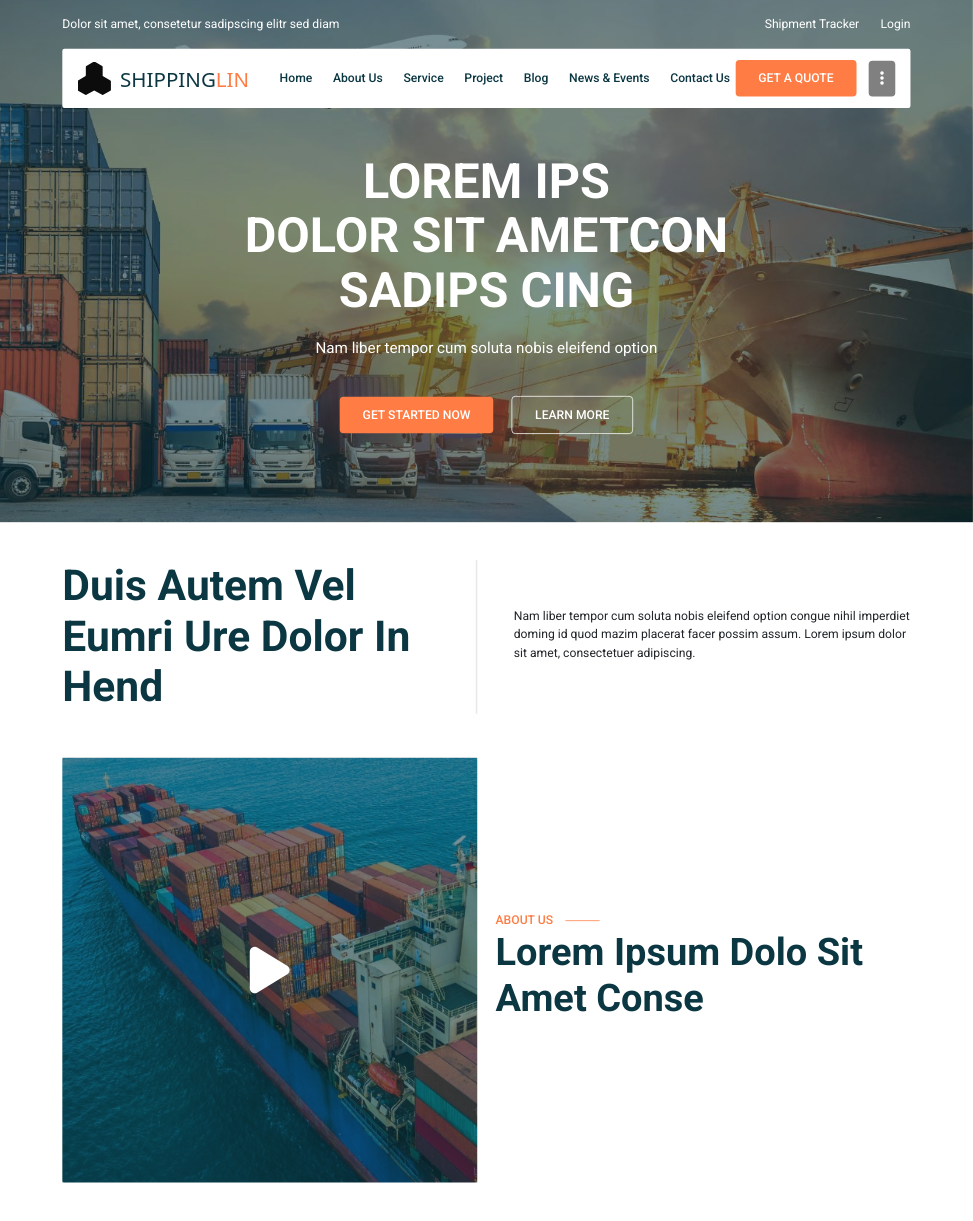
Repository: nazmulalok/shipping-template
Page: index.html
The author's editor kept a copy of each file at every save. The page is drawn from the files as they stood at one save, then again after the next save.
The browser window is 1280 px wide. The pictures show the whole page, at 76% of full size.

Above is the page before, as saved 2022-10-03 23:13:55.

After the next save:
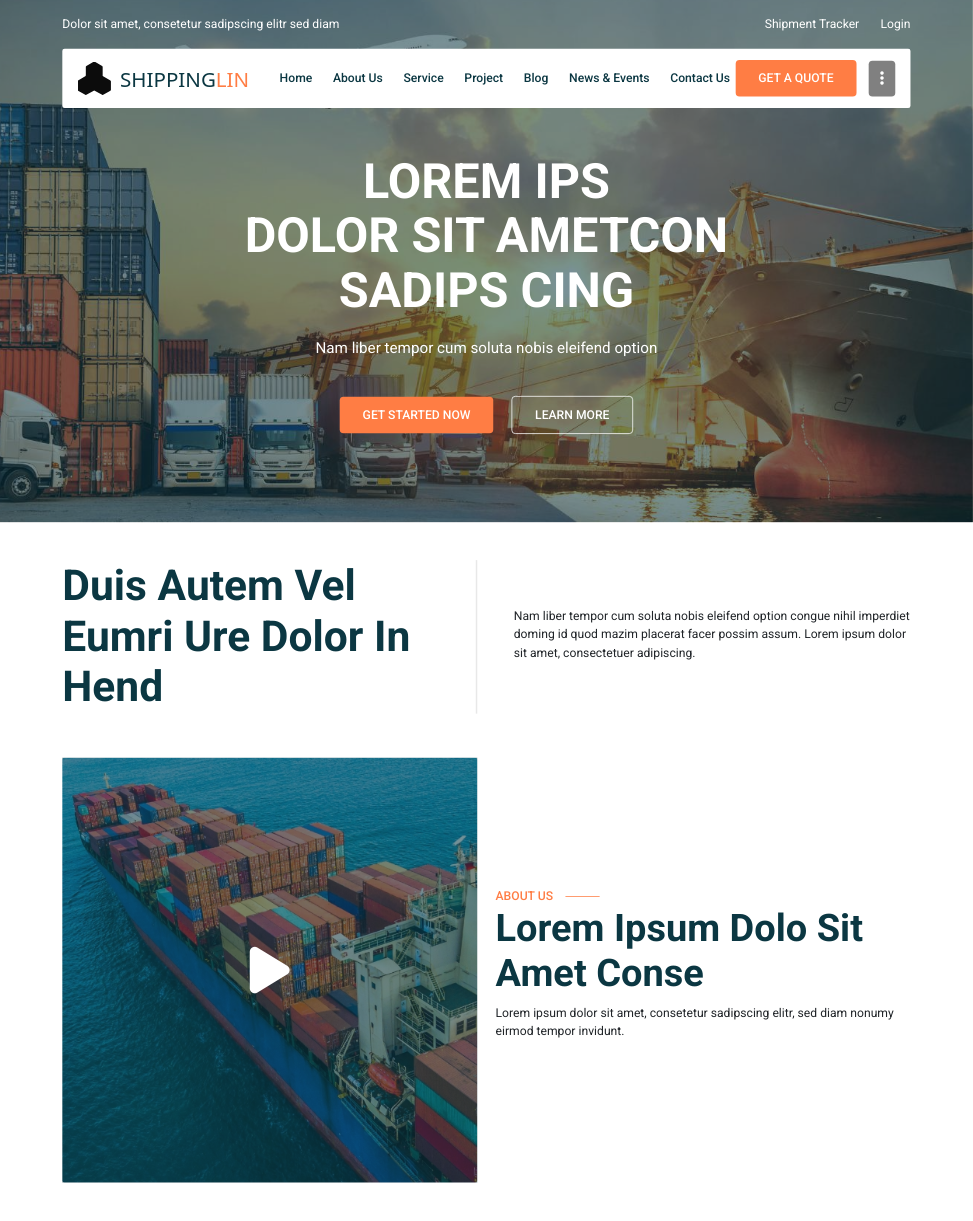
Saved 17 s later.
--- a/index.html
+++ b/index.html
@@ -96,6 +96,8 @@
                         <span class="sp-title">About Us</span>
                         <h2>Lorem Ipsum Dolo
                             Sit Amet Conse</h2>
+                        <p>Lorem ipsum dolor sit amet, consetetur sadipscing elitr, sed diam nonumy eirmod tempor
+                            invidunt.</p>
                     </div>
                 </div>
             </div>
